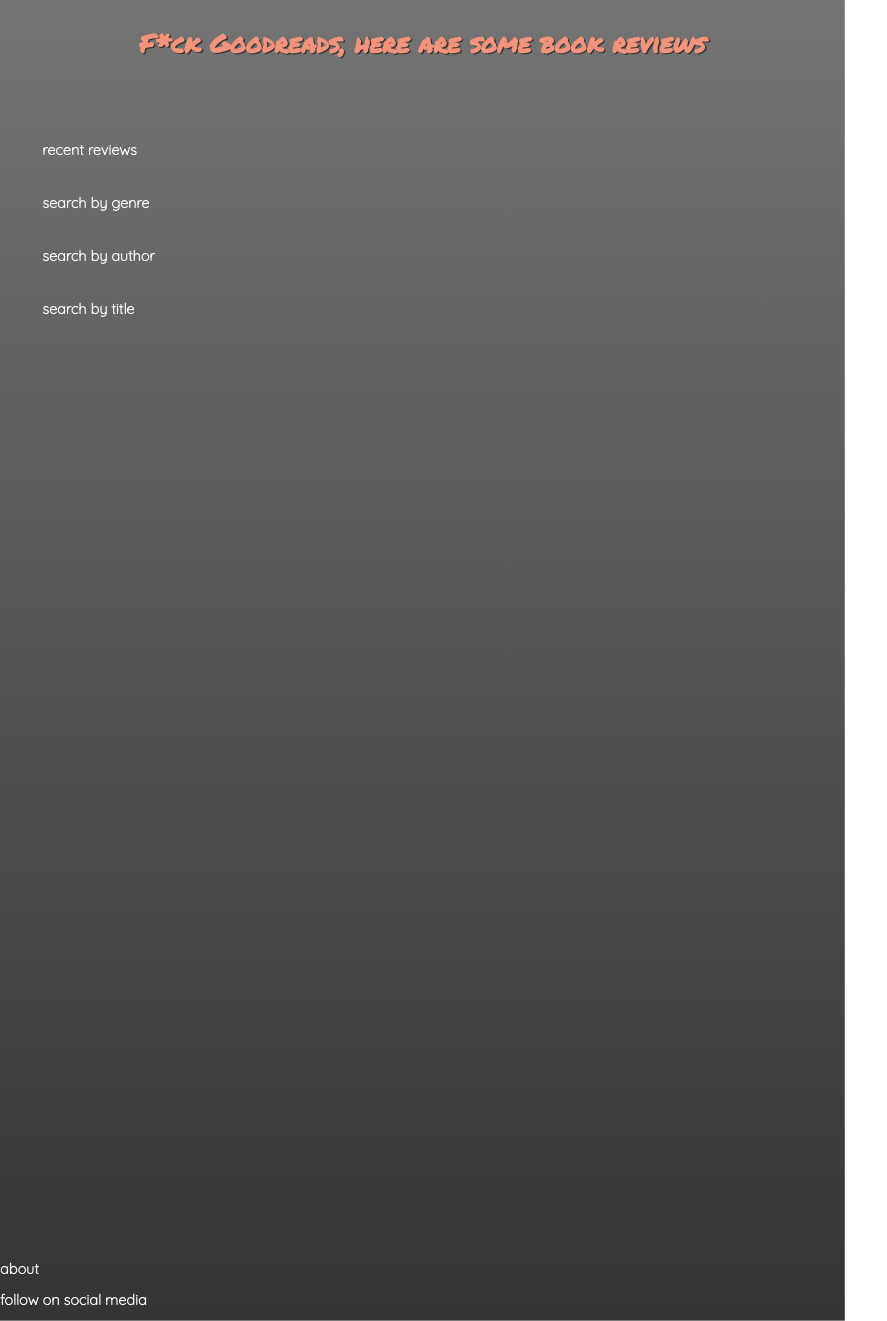
Repository: emnharris/FreeCodeCampChallenges
Page: responsive-web-design/book-reviews/books.html
An editor plug-in stored every save of this project. The page is shown before and after the next save, followed by the edit.
The browser window is 1280 px wide. The page is 1280 px wide, then 1344 px, so the pictures cover 1344 px, including what lies to the right of the window. The pictures show the whole page, at 66% of full size.

Above is the page before, as saved 2020-04-18 13:47:37.

After the next save:
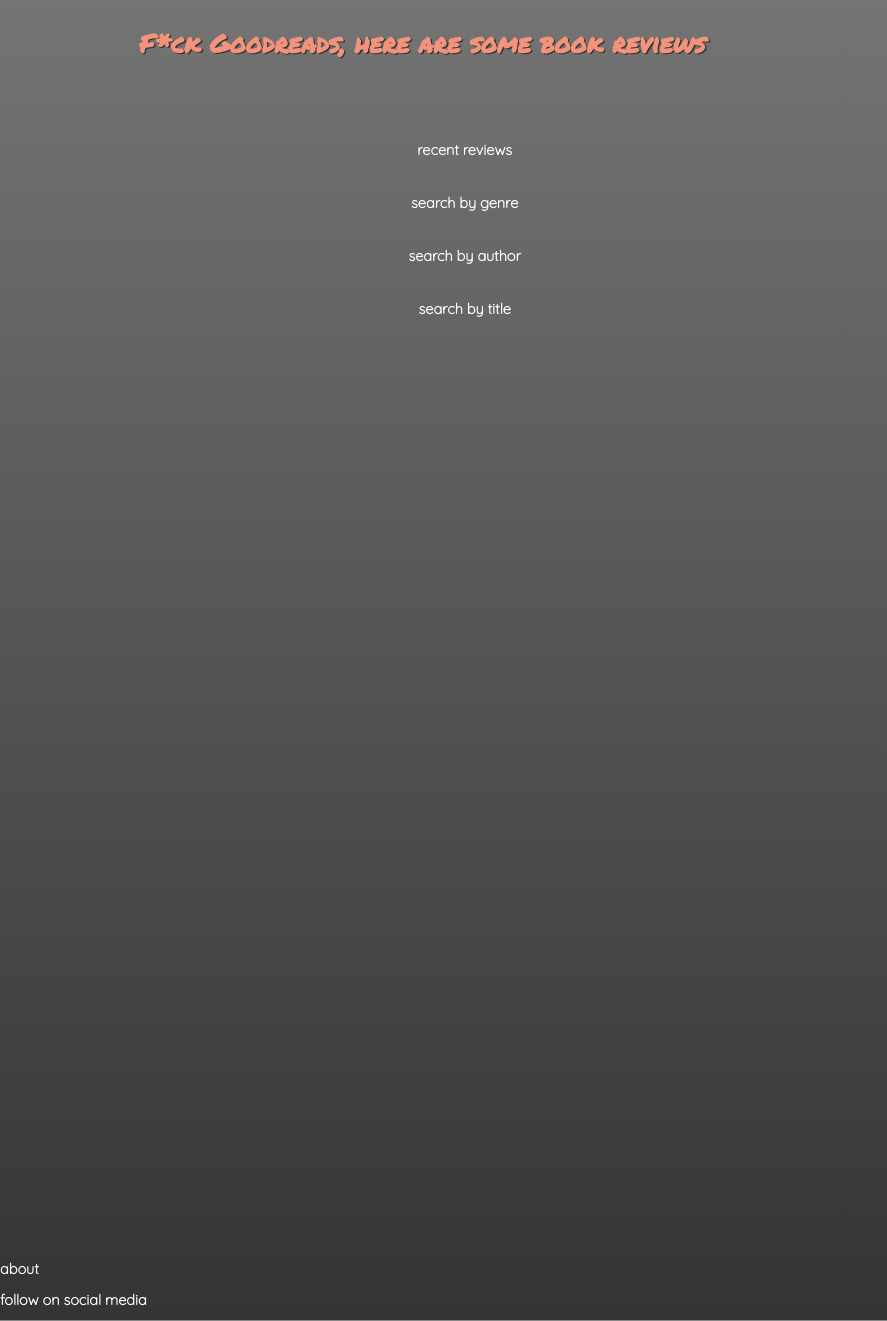
Saved 48 s later.
--- a/responsive-web-design/book-reviews/books.css
+++ b/responsive-web-design/book-reviews/books.css
@@ -63,6 +63,8 @@
     display: grid;
     grid-template-columns: repeat(autofill, minmax(160px, 1fr));
     align-items: center;
+    text-align: center;
+    width: 100%;
     grid-gap: 1rem;
     margin: 5%;
 }
